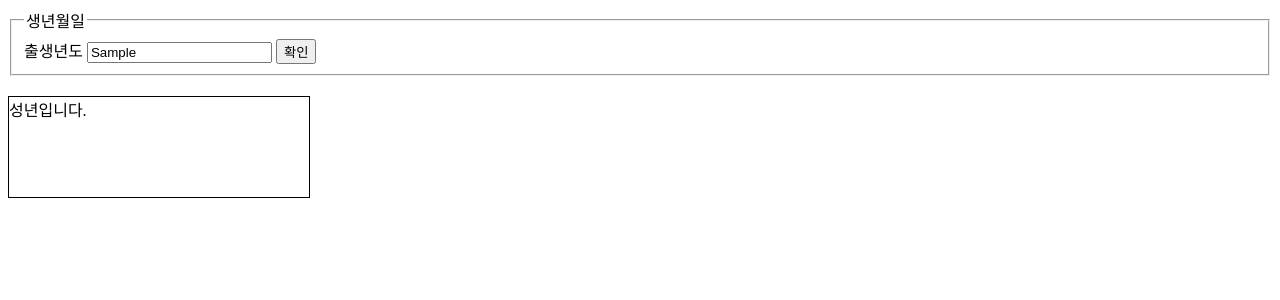
Repository: CHOKIHO/html
Page: work/0110/WebContent/ex1_adultcheck.html
These files come from the project's save history. The page is drawn as it stood at one moment and after the next save; the edit follows.
The browser window is 1280 px wide. The pictures show the whole page.
Empty fields were first filled with sample values (such as "Sample", 5 or name@example.com).
After loading, the first visible `input[onclick="test(this.form)"]` was clicked once.

Above is the page before, as saved 2017-01-10 01:38:10.

### work/0110/WebContent/ex1_adultcheck.html
<!DOCTYPE html>
<html>
<head>
<meta charset="UTF-8">
<title>Insert title here</title>

<style type="text/css">

	div#box {
		width:300px;
		height: 100px;
		border: 1px solid black;
		margin-top: 20px;
	}

</style>
<script type="text/javascript">



	//파라메타 number인지 체크함수
	function checkNumber(val) {

		//파라메터 숫자일경우 true, 그렇지않을경우 false;
		//자바스크립트는 함수의 리턴형이 없지만 반환값이 필요할땐 return을 사용한다.
		var v1=true;

		for (var i=0;i<val.length;i++){

			//문자열에서 1문자 가져오기
			var code = val.charCodeAt(i);
			if (code<48 && code>57) {
				v1=false;
				break;
			}
		}

		return v1;
	}
/*
			var ch = var.charAt(i);/
			if (ch>=48 && ch<57) {
			}
 */

	function test(ff) {
		var yy = ff.yy.value;
		//alert(yy);

		if (checkNumber(yy)) {
			//입력값이 숫자일경우 성년판단

			var now = new Date(); //Date함수 생성
			var cur_y = now.getFullYear();
			var age = cur_y - yy;
			var msg="";


			if (age<19) {
				msg = "미성년자입니다.";
			} else {
				msg = "성년입니다.";
			}

			document.getElementById("box").innerHTML = msg;

		} else {
			alert("숫자만 입력하세요");
		}

	}

</script>

</head>
<body>
	<form action="">
		<fieldset>
			<legend>생년월일</legend>
			<label for="b_year">출생년도</label>
			<input type="text" id="b_year" name="yy">
			<input type="button" value="확인" onclick="test(this.form)">
		</fieldset>
	</form>
	<div id="box">

	</div>

</body>
</html>

After the next save:
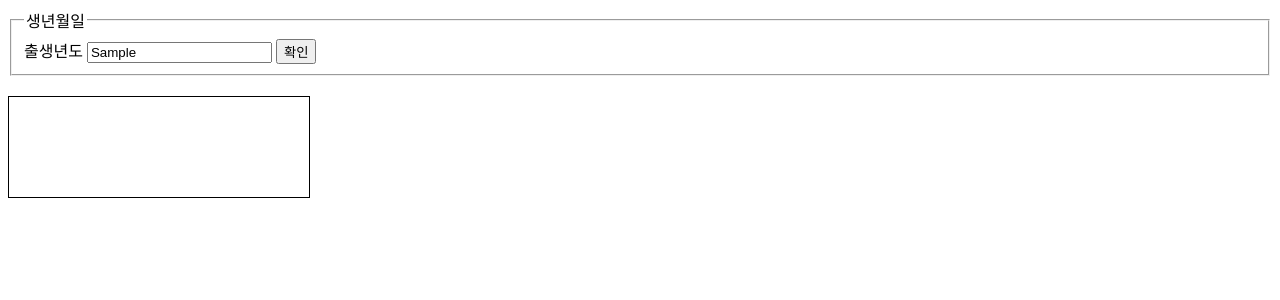
Console error: SyntaxError: Unexpected token 'else'
Saved 44 s later.
--- a/work/0110/WebContent/ex1_adultcheck.html
+++ b/work/0110/WebContent/ex1_adultcheck.html
@@ -56,7 +56,7 @@
 			var msg="";
 
 
-			if (age<19) {
+			if (age<19)
 				msg = "미성년자입니다.";
 			} else {
 				msg = "성년입니다.";
@@ -67,7 +67,6 @@
 		} else {
 			alert("숫자만 입력하세요");
 		}
-
 	}
 
 </script>

After the save that followed:
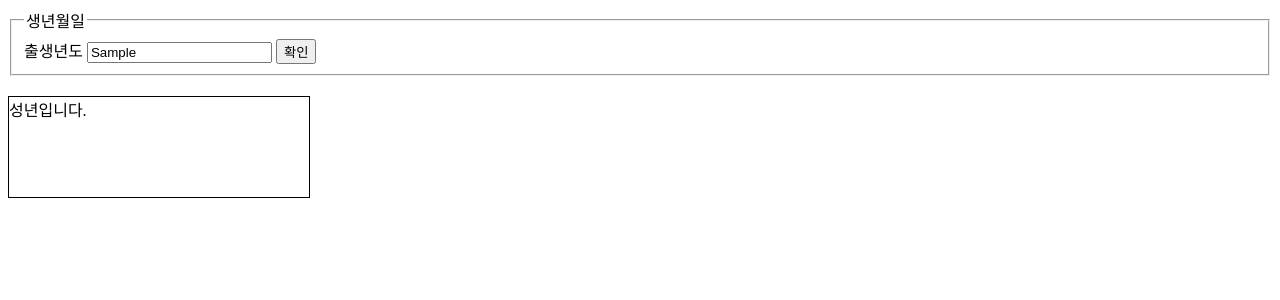
The error is gone.
Saved 31 s later.
--- a/work/0110/WebContent/ex1_adultcheck.html
+++ b/work/0110/WebContent/ex1_adultcheck.html
@@ -56,7 +56,7 @@
 			var msg="";
 
 
-			if (age<19)
+			if (age<19) {
 				msg = "미성년자입니다.";
 			} else {
 				msg = "성년입니다.";
